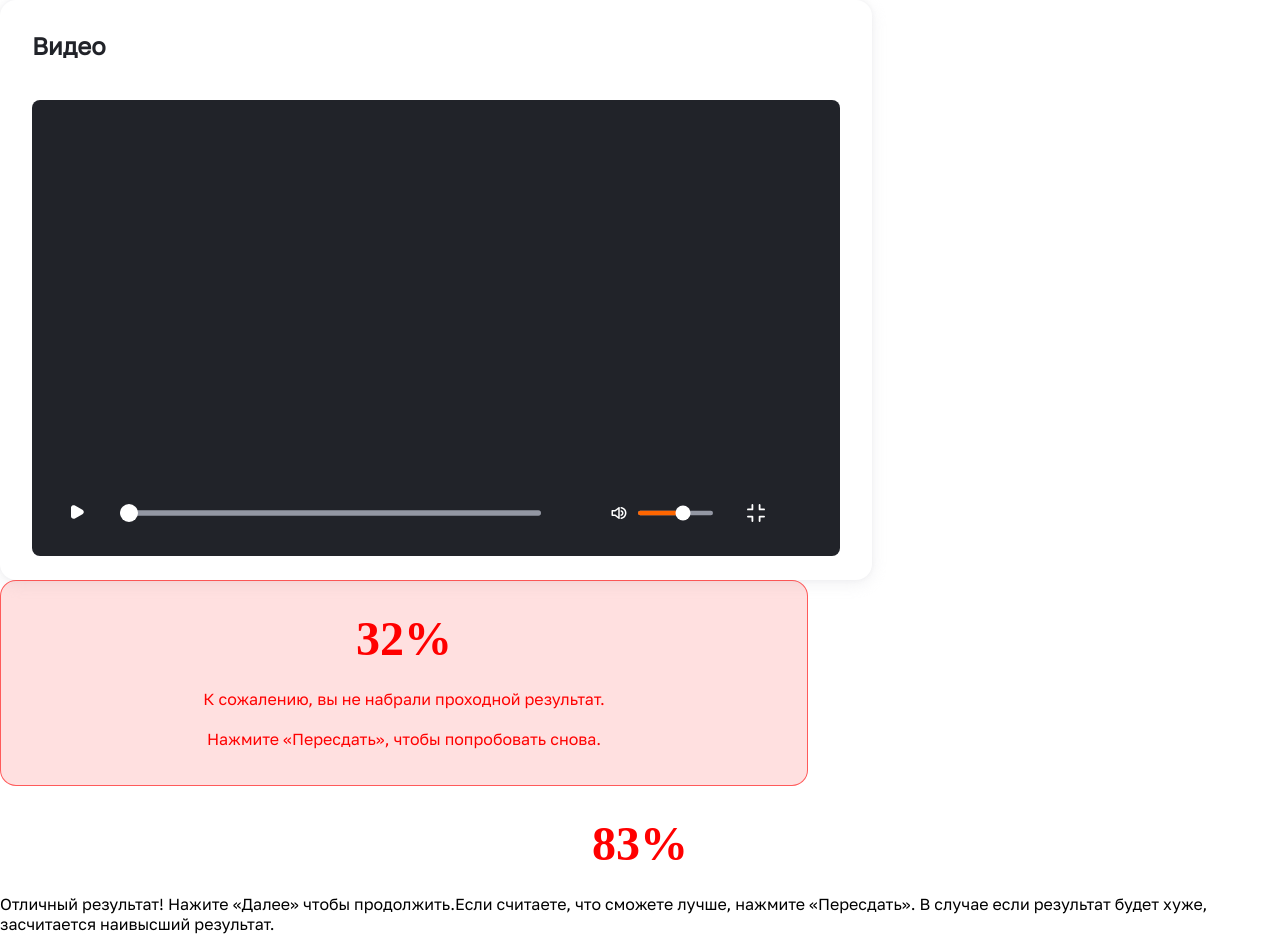
Repository: RuslanSR2424/Group5_LizaAlert
Page: index.html
The author's editor kept a copy of each file at every save. The page is drawn from the files as they stood at one save, then again after the next save.
The browser window is 1280 px wide. The pictures show the whole page.

Above is the page before, as saved 2022-03-09 17:11:55.

### index.html
<!DOCTYPE html>
<html lang="en">

<head>
    <meta charset="UTF-8">
    <meta http-equiv="X-UA-Compatible" content="IE=edge">
    <meta name="viewport" content="width=device-width, initial-scale=1.0">
    <link rel="stylesheet" href="./pages/index.css" />
    <title>Document</title>
</head>

<body class="root">
    <section class="video">
        <h2 class="video__title">
            Видео
        </h2>
        <div class="video__player">
            <img class="video__button video__button_type_play" src="./images/video/start.svg">
            <img class="video__button video__button_type_timeline" src="./images/video/timeline.svg">
            <img class="video__button video__button_type_sound-icon" src="./images/video/sound-icon.svg">
            <img class="video__button video__button_type_sound" src="./images/video/sound.svg">
            <img class="video__button video__button_type_size" src="./images/video/size.svg">
        </div>
    </section>
    <section class="results">
        <div class="results__bad">
            <h2 class="results__score">32%</h2>
            <p class="result__text result__text_type_bad">К сожалению, вы не набрали проходной результат.</p>
            <p class="result__text result__text_type_bad">Нажмите «Пересдать», чтобы попробовать снова.</p>
        </div>
        <div class="results__good">
            <h2 class="results__score">83%</h2>
            <p class="result__text result__text_type_good">Отличный результат!
                Нажите «Далее» чтобы продолжить.Если считаете, что сможете лучше, нажмите «Пересдать». В случае если результат будет хуже, засчитается наивысший результат.</p>
        </div>
    </section>
</body>

</html>

### pages/index.css
@import url(../fonts/fonts.css);
@import url(../blocks/root/root.css);

/* video */

@import url(../blocks/video/video.css);
@import url(../blocks/video/__button/video__button.css);
@import url(../blocks/video/__button/_type/video__button_type_play.css);
@import url(../blocks/video/__button/_type/video__button_type_sound.css);
@import url(../blocks/video/__button/_type/video__button_type_timeline.css);
@import url(../blocks/video/__button/_type/video__button_type_size.css);
@import url(../blocks/video/__button/_type/video__button_type_sound-icon.css);
@import url(../blocks/video/__player/video__player.css);
@import url(../blocks/video/__title/video__title.css);

/* results */

@import url(../blocks/results/results.css);
@import url(../blocks/results/__bad/results__bad.css);
@import url(../blocks/results/__good/results__good.css);
@import url(../blocks/results/__score/results__score.css);
@import url(../blocks/results/__text/results__text.css);
@import url(../blocks/results/__text/_type/result__text_type_bad.css);
@import url(../blocks/results/__text/_type/result__text_type_good.css);

### fonts/fonts.css
@font-face {
  font-family: "GolosTextWebRegular";
  src: url(./golos/Golos-Text_Regular.woff2) format("woff2"),
    url(./golos/Golos-Text_Regular.woff) format("woff");
  font-weight: normal;
  font-style: normal;
}
@font-face {
  font-family: "GolosTextWebBold";
  src: url(./golos/Golos-Text_Bold.woff2) format("woff2"),
    url(./golos/Golos-Text_Bold.woff) format("woff");
  font-weight: normal;
  font-style: normal;
}

### blocks/root/root.css
.root {
  margin: 0;
  padding: 0;
  font-family: "GolosTextWebRegular";
}

### blocks/video/video.css
.video {
  height: 580px;
  width: 872px;
  display: flex;
  flex-direction: column;
  background: #ffffff;
  box-shadow: 0px 0px 4px rgba(231, 232, 235, 0.6),
    0px 4px 16px rgba(231, 232, 235, 0.6);
  border-radius: 16px;
}

### blocks/video/__button/video__button.css
.video__button{
    height: 18px;
}

### blocks/video/__button/_type/video__button_type_play.css
.video__button_type_play {
    margin: 0 0 35px 36px;
}

### blocks/video/__button/_type/video__button_type_sound.css
.video__button_type_sound{
    margin: 0 0 34px 10px;
}

### blocks/video/__button/_type/video__button_type_timeline.css
.video__button_type_timeline{
    margin: 0 35px 34px 34px;
}

### blocks/video/__button/_type/video__button_type_size.css
.video__button_type_size{
    margin: 0 34px 34px 34px;
}

### blocks/video/__button/_type/video__button_type_sound-icon.css
.video__button_type_sound-icon{
    margin: 0 0 34px 34px;
}

### blocks/video/__player/video__player.css
.video__player {
  height: 456px;
  width: 808px;
  background-color: #212329;
  display: flex;
  flex-direction: row;
  align-items: flex-end;
  border-radius: 8px;
  margin: auto;
}

### blocks/video/__title/video__title.css
.video__title {
  font-family: "GolosTextWebRegular";
  font-style: normal;
  font-weight: 700;
  font-size: 24px;
  line-height: 28px;
  color: #212329;
  margin: 32px 32px 16px 32px;
}

### blocks/results/results.css
.results{}

### blocks/results/__bad/results__bad.css
.results__bad {
  display: flex;
  flex-direction: column;
  align-items: center;

  width: 808px;
  height: 206px;

  background: rgba(255, 0, 0, 0.12);
  border: 1.2px solid rgba(255, 0, 0, 0.6);
  box-sizing: border-box;
  border-radius: 16px;
}

### blocks/results/__good/results__good.css
.results__good{

}

### blocks/results/__score/results__score.css
.results__score {
  font-family: "Golos";
  font-style: normal;
  font-weight: bold;
  font-size: 48px;
  line-height: 52px;
  text-align: center;
  margin: 32px 64px 24px 64px;

  color: #FF0000;
}

### blocks/results/__text/results__text.css
.results__text {
  font-family: "GolosTextWebRegular";
  font-style: normal;
  font-weight: normal;
  font-size: 18px;
  line-height: 24px;
  text-align: center;
}

### blocks/results/__text/_type/result__text_type_bad.css
.result__text_type_bad {
  color: #ff0000;
  width: 680px;
  text-align: center;
  margin: 0 0 20px 0;
}

### blocks/results/__text/_type/result__text_type_good.css
.result__text_type_good{}

After the next save:
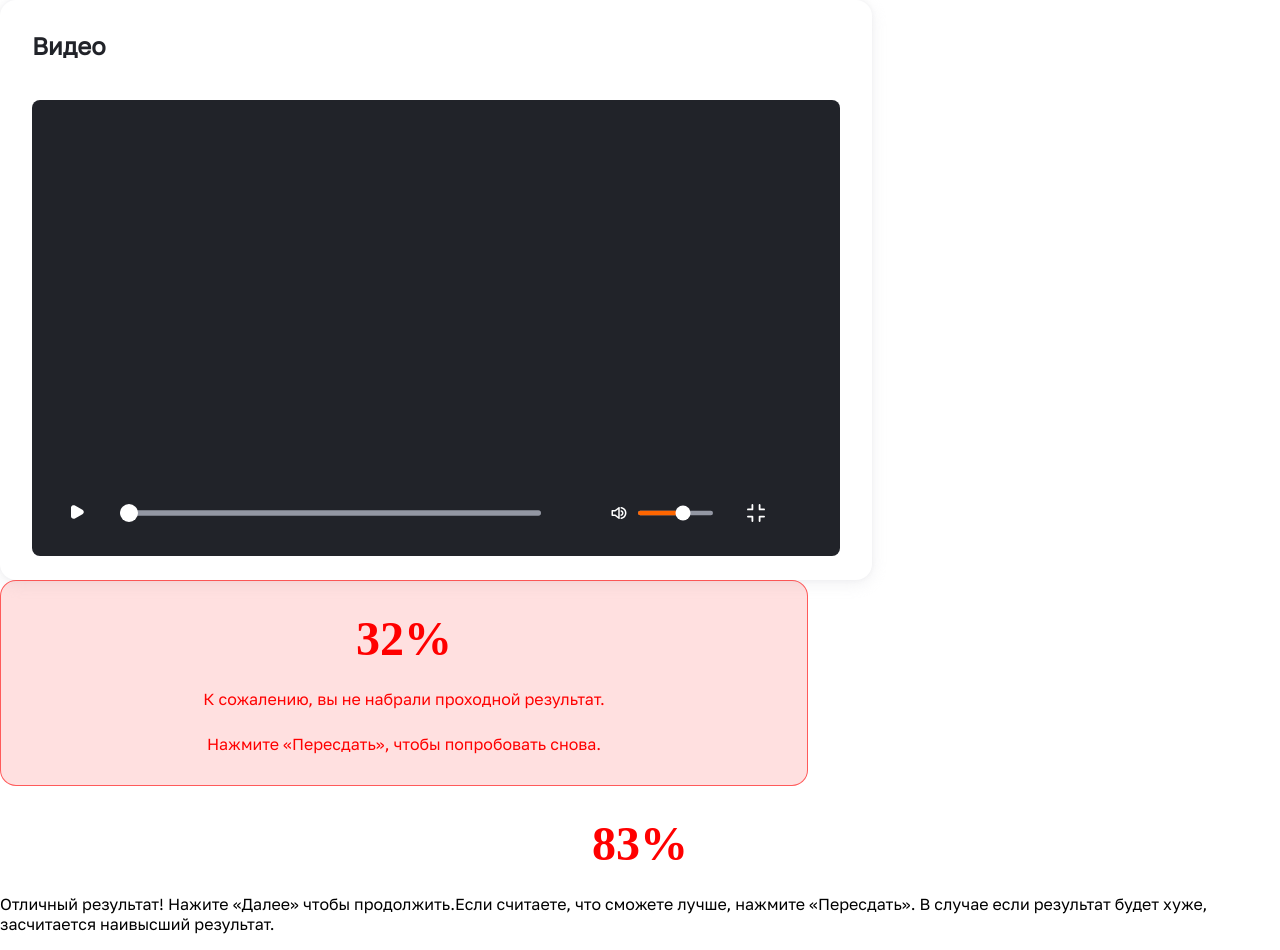
Saved 46 s later.
--- a/blocks/results/__text/_type/result__text_type_bad.css
+++ b/blocks/results/__text/_type/result__text_type_bad.css
@@ -2,5 +2,5 @@
   color: #ff0000;
   width: 680px;
   text-align: center;
-  margin: 0 0 20px 0;
+  margin: 0 0 25px 0;
 }
